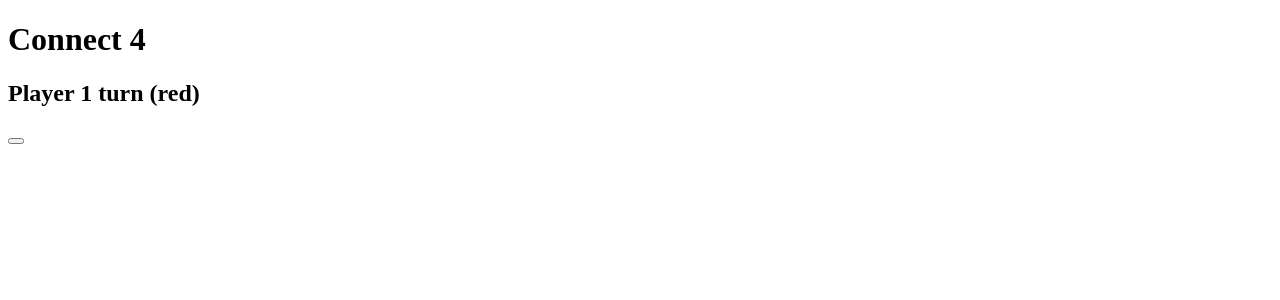
Repository: paw1nn/ui.dev
Page: connect4/markup/index.html
An editor plug-in stored every save of this project. The page is shown before and after the next save, followed by the edit.
The browser window is 1280 px wide. The pictures show the whole page.

Above is the page before, as saved 2024-09-19 12:10:02.

After the next save:
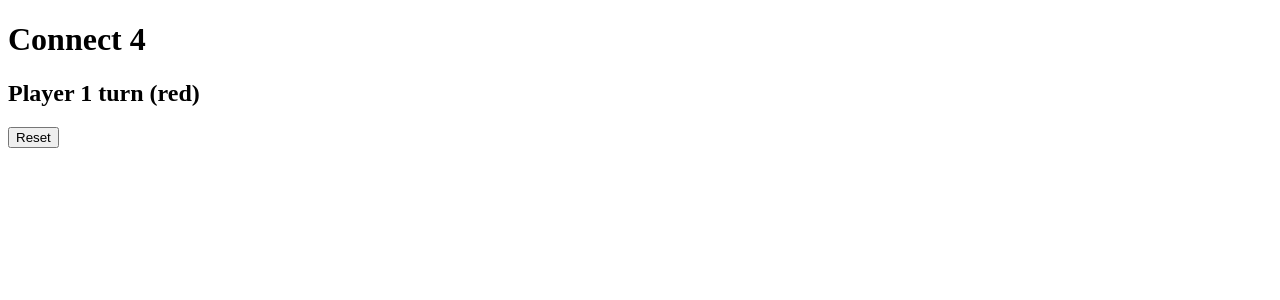
Saved 4 s later.
--- a/connect4/markup/index.html
+++ b/connect4/markup/index.html
@@ -12,7 +12,7 @@
     <p id="game-board"></p>
     <h2 id="status" >Player 1 turn (red)</h2>
 <button id="reset-button">
-
+    Reset
 </button>
 </body>
 </html>
